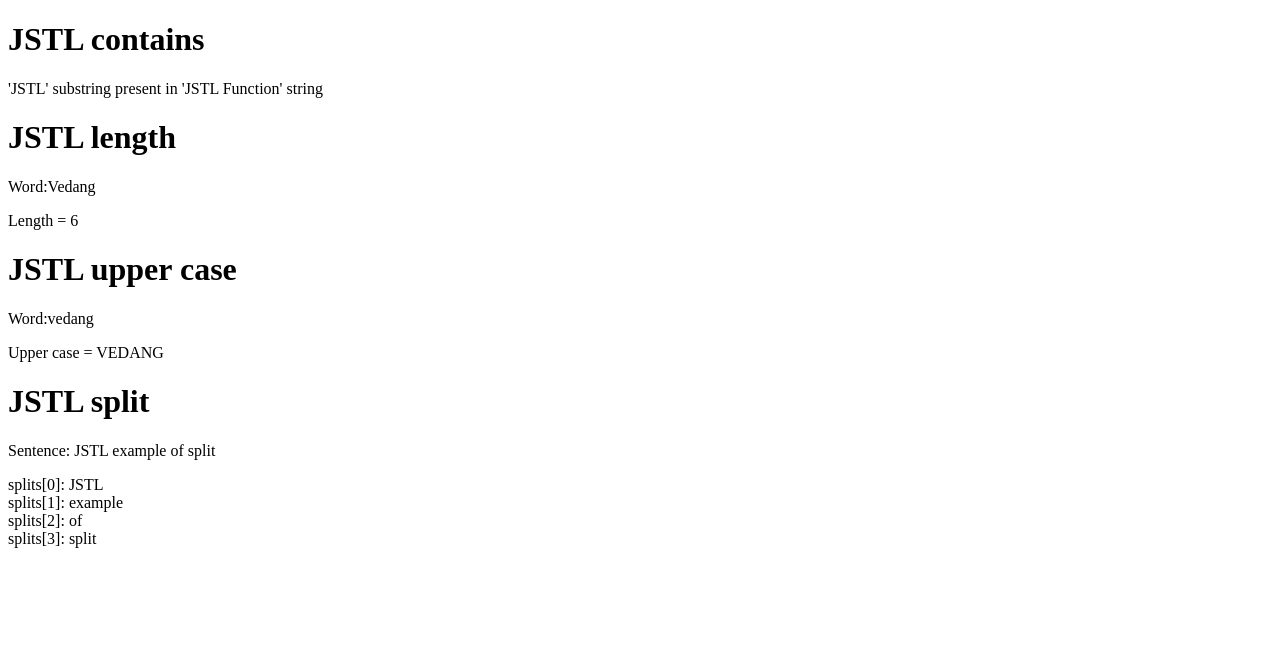
Repository: vedang03/servlet-jsp
Page: http://localhost/07-JSTL-functions/test.jsp
The author's editor kept a copy of each file at every save. The page is drawn from the files as they stood at one save, then again after the next save.
The browser window is 1280 px wide. The pictures show the whole page.
The page is served by Tomcat 9.

Above is the page before, as saved 2023-10-12 17:50:21.

After the next save:
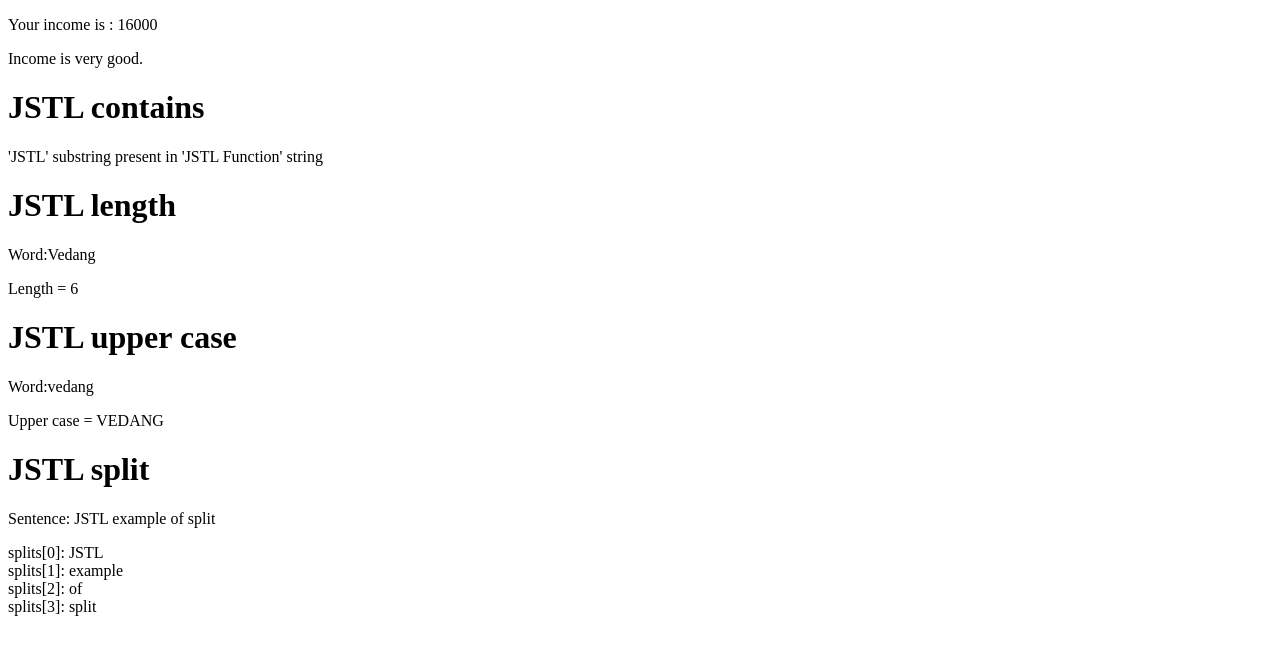
Saved 11 h 31 min later.
--- a/07-JSTL-functions/WebContent/test.jsp
+++ b/07-JSTL-functions/WebContent/test.jsp
@@ -9,6 +9,22 @@
 <title>Insert title here</title>
 </head>
 <body>
+
+<c:set var="income" scope="session" value="${4000*4}"/>
+<p>Your income is : <c:out value="${income}"/></p>
+<c:choose>
+    <c:when test="${income <= 1000}">
+       Income is not good.
+    </c:when>
+    <c:when test="${income > 10000}">
+        Income is very good.
+    </c:when>
+    <c:otherwise>
+       Income is undetermined...
+    </c:otherwise>
+</c:choose>
+
+
 <h1>JSTL contains</h1>
 <c:set var="str1" value="JSTL Function" ></c:set>
 <c:set var="str2" value="JSTL" ></c:set>
